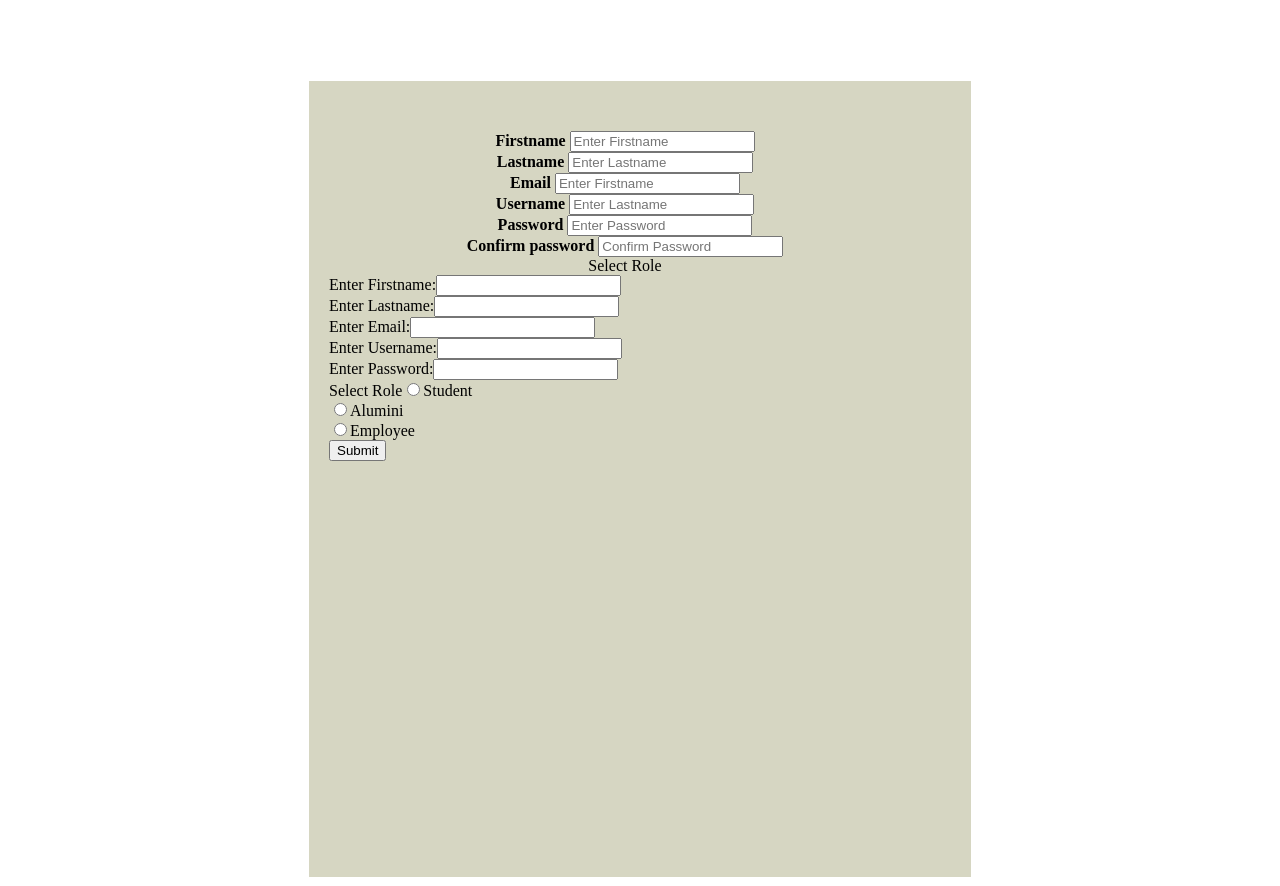
Repository: NeeleshPoojari/Project-2
Page: frontend_project2/WebContent/views/registrationform.html
These files come from the project's save history. The page is drawn as it stood at one moment and after the next save; the edit follows.
The browser window is 1280 px wide. The pictures show the whole page.

Above is the page before, as saved 2017-07-17 07:06:23.

### frontend_project2/WebContent/views/registrationform.html
<style>
.middle {
    border: 1px solid white;
    background-color:#d6d6c2;
    padding-top: 50px;
    padding-right: 50px;
    padding-bottom: 400px;
    padding-left: 20px;
    margin-left:300px;
    margin-right:300px;

}
</style>

<div class="middle" style="margin-top: 80px;">

	<form>
		<div align="center">
			<div class="row">
				<div class="form-group col-xs-6">
					<label><b>Firstname</b></label> <input type="text"
						ng-model="user.firstname" placeholder="Enter Firstname"
						class="form-control input-lg" required>
				</div>


				<div class="form-group col-xs-6">
					<label><b>Lastname</b></label> <input type="text"
						ng-model="user.lastname" placeholder="Enter Lastname"
						class="form-control input-lg" required>
				</div>

			</div>
		</div>

		<div align="center">
			<div class="row">
				<div class="form-group col-xs-6">
					<label><b>Email</b></label> <input type="text"
						ng-model="user.email" placeholder="Enter Firstname"
						class="form-control input-lg" required>
				</div>


				<div class="form-group col-xs-6">
					<label><b>Username</b></label> <input type="text"
						ng-model="user.username" placeholder="Enter Lastname"
						class="form-control input-lg" required>
				</div>

			</div>
		</div>


		<div align="center">
			<div class="row">
				<div class="form-group col-xs-6">
					<label><b>Password</b></label> <input type="password"
						ng-model="user.password" placeholder="Enter Password"
						class="form-control input-lg" required>
				</div>


				<div class="form-group col-xs-6">
					<label><b>Confirm password</b></label> <input type="password"
						 placeholder="Confirm Password"
						class="form-control input-lg" required>
				</div>

			</div>
		</div>

		<div align="center">
		<label >Select Role</label>
     </div>



		Enter Firstname:<input type="text" ng-model="user.firstname"><br>
		Enter Lastname:<input type="text" ng-model="user.lastname"><br>
		Enter Email:<input type="text" ng-model="user.email"><br>
		Enter Username:<input type="text" ng-model="user.username"><br>
		Enter Password:<input type="password" ng-model="user.password"><br>

		Select Role<input type="radio" ng-model="user.role" value="Student">Student<br>
		<input type="radio" ng-model="user.role" value="Alumini">Alumini<br>
		<input type="radio" ng-model="user.role" value="Employee">Employee<br>

		<input type="submit" ng-click="register()"><br>

	</form>
</div>

After the next save:
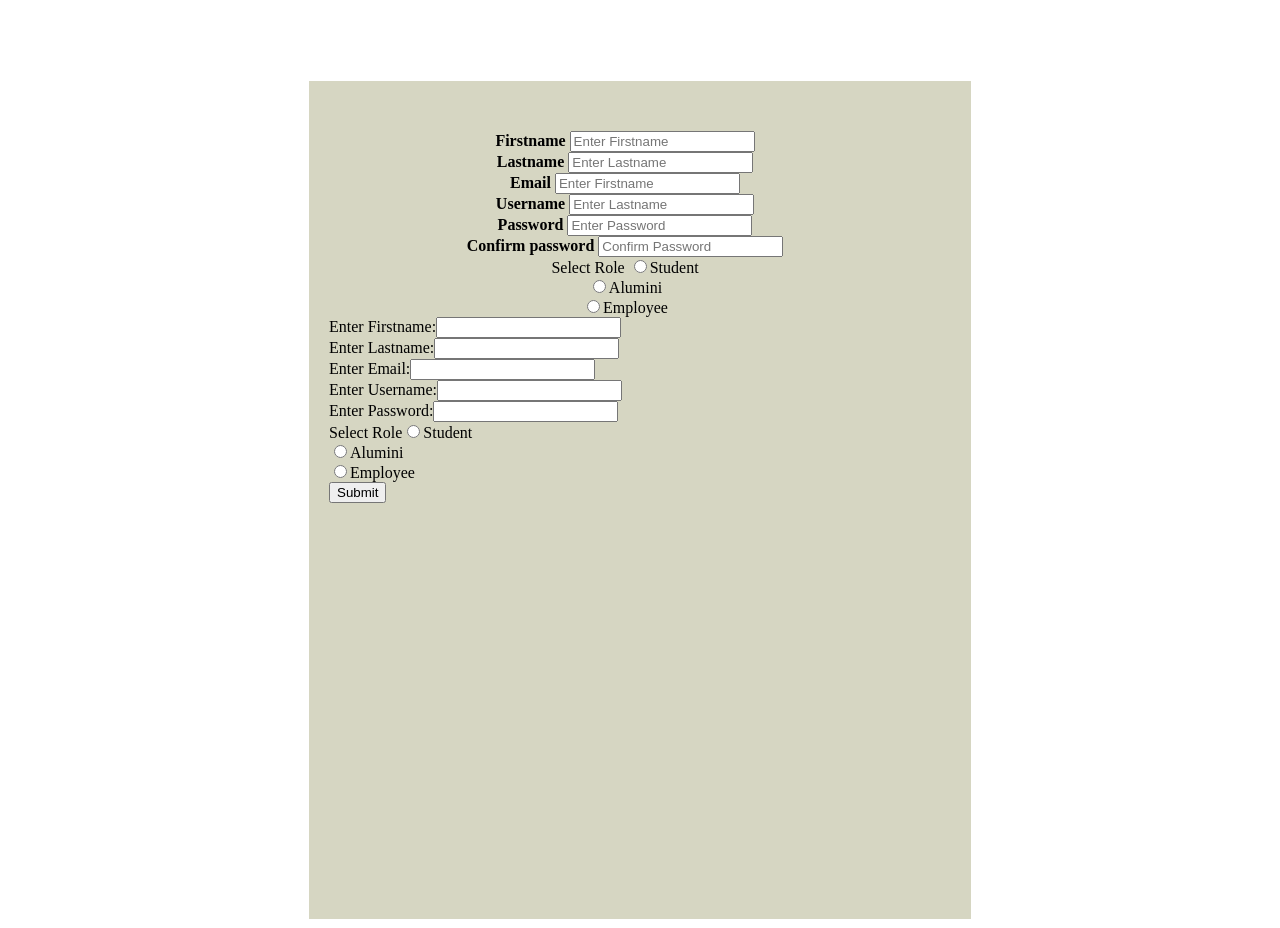
Saved 86 s later.
--- a/frontend_project2/WebContent/views/registrationform.html
+++ b/frontend_project2/WebContent/views/registrationform.html
@@ -72,6 +72,13 @@
 
 		<div align="center">
 		<label >Select Role</label>
+   <input type="radio" ng-model="user.role" value="Student">Student<br>
+		<input type="radio" ng-model="user.role" value="Alumini">Alumini<br>
+		<input type="radio" ng-model="user.role" value="Employee">Employee<br>
+
+
+
+
      </div>
 
 
